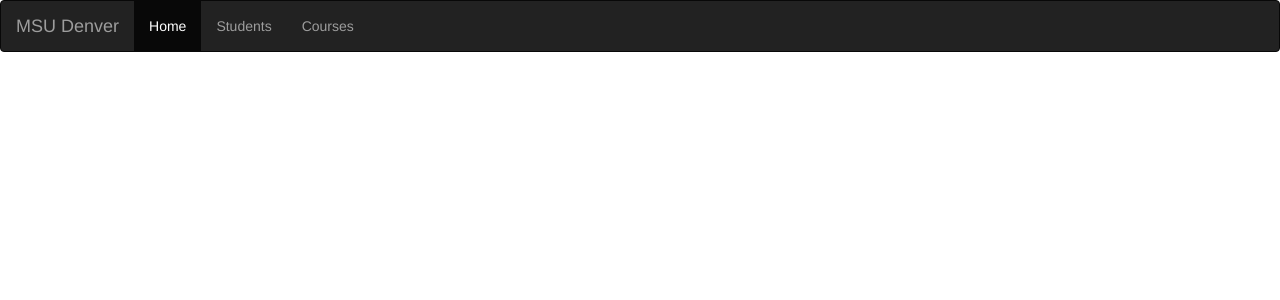
Repository: MckinstryJ/CS3250
Page: CS3250/team_four/src/main/resources/static/index.html
The author's editor kept a copy of each file at every save. The page is drawn from the files as they stood at one save, then again after the next save.
The browser window is 1280 px wide. The pictures show the whole page.
Some web libraries are served in a nearby version.

Above is the page before, as saved 2017-10-03 01:13:34.

After the next save:
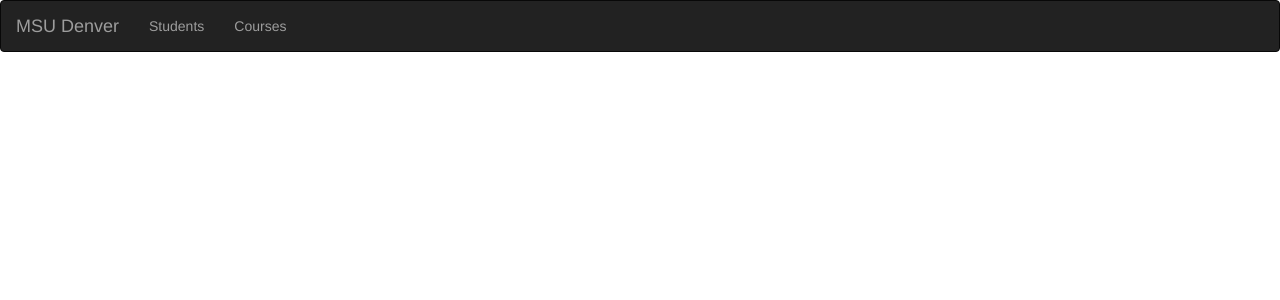
Saved 13 min 20 s later.
--- a/CS3250/team_four/src/main/resources/static/index.html
+++ b/CS3250/team_four/src/main/resources/static/index.html
@@ -13,10 +13,9 @@
 		<nav class="navbar navbar-inverse">
   			<div class="container-fluid">
     			<div class="navbar-header">
-      				<a class="navbar-brand" href="#">MSU Denver</a>
+      				<a class="navbar-brand" href="/">MSU Denver</a>
     			</div>
     			<ul class="nav navbar-nav">
-      				<li class="active"><a href="index.html">Home</a></li>
       				<li><a href="/Students">Students</a></li>
       				<li><a href="/Courses">Courses</a></li>
 			    </ul>
